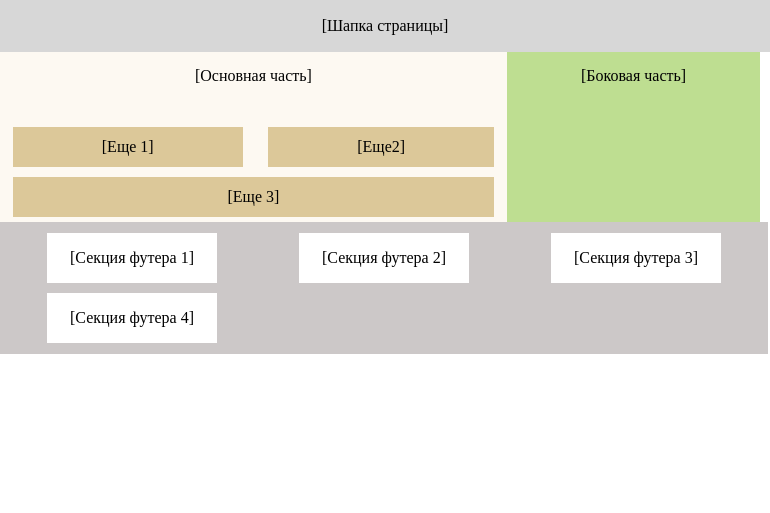
Repository: VictoriSyh/week7
Page: index_adapt.html
The author's editor kept a copy of each file at every save. The page is drawn from the files as they stood at one save, then again after a run of saves.
The browser window is 768 px wide. The page is 770 px wide, so the pictures cover 770 px, including what lies to the right of the window. The pictures show the whole page.

Above is the page before, as saved 2025-01-02 18:15:00.

### index_adapt.html
<!DOCTYPE html>
<html lang="ru">
<head>
    <link rel="stylesheet" href="/styles/normalize.css">
    <link rel="stylesheet" href="./styles/style_adapt.css">
    <meta charset="UTF-8">
    <meta name="viewport" content="width=device-width, initial-scale=1.0">
    <link rel="shortcut icon" href="https://www.svgrepo.com/show/529024/home-wifi-angle.svg"
    type="image/svg">
    <title>Домашняя работа</title>
</head>
<body>
<header>
    [Шапка страницы]
</header>
    <main>
<div class="mainpart">
    <div class="left">
    <div class="block">[Основная часть]</div>
    <div class="one">[Еще 1]</div>
    <div class="two">[Еще2]</div>
    <div class="three">[Еще 3]</div>
</div>
<div class="right_block">
    <div class="text">[Боковая часть]</div>
</div>
</div>

</main>
    <footer>
        <div class="section">[Секция футера 1]</div>
        <div class="section">[Секция футера 2]</div>
        <div class="section">[Секция футера 3]</div>
        <div class="section">[Секция футера 4]</div>
    </footer>
</body>
</html

### styles/style_adapt.css
header{
    display: grid;
    align-items: center;
    justify-items: center;
    border: 1px solid rgb(215, 215, 215);
    background-color: rgb(215, 215, 215);
    height: 50px;
    width: 100%;
}
main{
    display: grid;
    width: 100%;
}

.mainpart{
    display: grid;
    grid-template-columns: 33% 33% 33%;
}

.left{
    display: grid;
    grid-template-rows: 70px 50px 50px;
    grid-column:1/3;
    background-color:rgb(253, 249, 242)
}

.block{
    display: grid;
    grid-row: 1/2;
    grid-column:1/3;
    margin: 15px;
    text-align: center;
}

.right_block{
    grid-row: 1/2;
    grid-column:3/4;
    background-color: rgb(190, 222, 145);
    text-align: center;
}

.text{
    margin: 15px;
}

.three{
    display: grid;
    grid-row: 3/4;
    grid-column:1/3;
    place-items: center;
    margin: auto;
    background-color: rgb(220, 200, 153);
    width: 95%;
    height: 80%;
}

.one{
    display: grid;
    grid-row: 2/3;
    grid-column:1/2;
    place-items: center;
    margin: auto;
    background-color: rgb(220, 200, 153);
    width: 90%;
    height: 80%;
}

.two{
    display: grid;
    grid-row: 2/3;
    grid-column:2/3;
    place-items: center;
    margin: auto;
    background-color: rgb(220, 200, 153);
    width: 90%;
    height: 80%;
}

footer{
    display: grid;
    grid-template-columns: repeat(auto-fit, minmax(200px, 1fr));
    gap: 10px;
    padding: 10px;
    justify-items: center;
    align-items: center;
    border: 1px solid rgb(204, 200, 200);
    background-color: rgb(204, 200, 200);
}
.section{
    display: grid;
    background-color: white;
    width: 70%;
    height: 50px;
    place-items: center;
}

/*Адаптация*/

/*Tablet*/
@media screen and (max-width: 850px) {
    footer{
        display: grid;
        grid-template-columns: repeat(auto-fit, minmax(200px, 1fr));
    }
}

Loaded but not shown: styles/normalize.css (library)

After the next 2 saves:
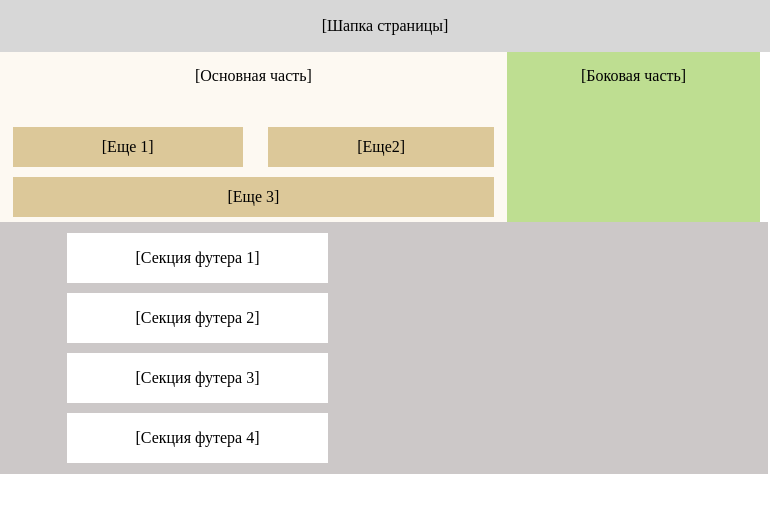
The 2 saves are shown as one change because they came seconds apart.
The last was saved 10 s later.
--- a/styles/style_adapt.css
+++ b/styles/style_adapt.css
@@ -100,6 +100,6 @@ footer{
 @media screen and (max-width: 850px) {
     footer{
         display: grid;
-        grid-template-columns: repeat(auto-fit, minmax(200px, 1fr));
+        grid-template-columns: 50%
     }
 }
